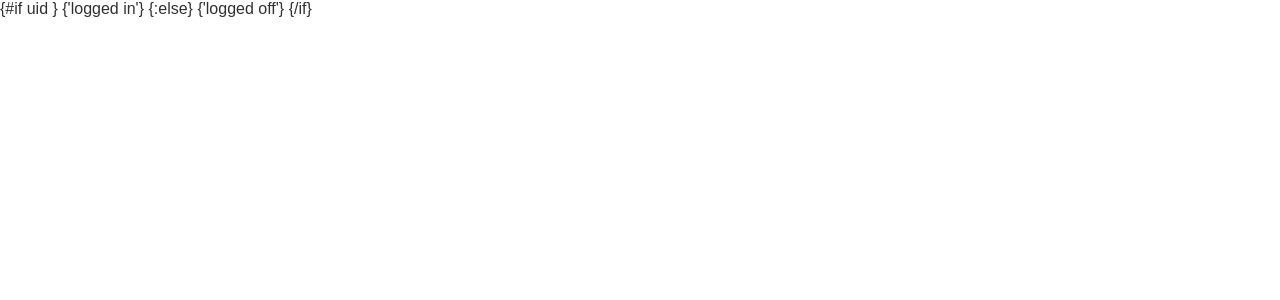
Repository: nicobrinkkemper/firebase-svelte-tododemo
Page: src/App.html
These files come from the project's save history. The page is drawn as it stood at one moment and after the next save; the edit follows.
The browser window is 1280 px wide. The pictures show the whole page.

Above is the page before, as saved 2018-11-23 16:24:54.
Console error: SyntaxError: Cannot use import statement outside a module

### src/App.html
<div id="todoapp">
	<TodoForm /> {#if uid } {'logged in'} {:else} {'logged off'} {/if}
	<Nav />
</div>

<script>
  import Nav from "./components/Nav.html";
  import TodoForm from "./components/TodoForm.html";
  export default {
    components: {
      Nav,
      TodoForm
    }
  };
</script>

<style>
  #todoapp {
    position: fixed;
    left: 0;
    top: 0;
    right: 0;
    bottom: 0;
    color: #313131;
    font-family: Arial, sans-serif;
  }
</style>

After the next save:
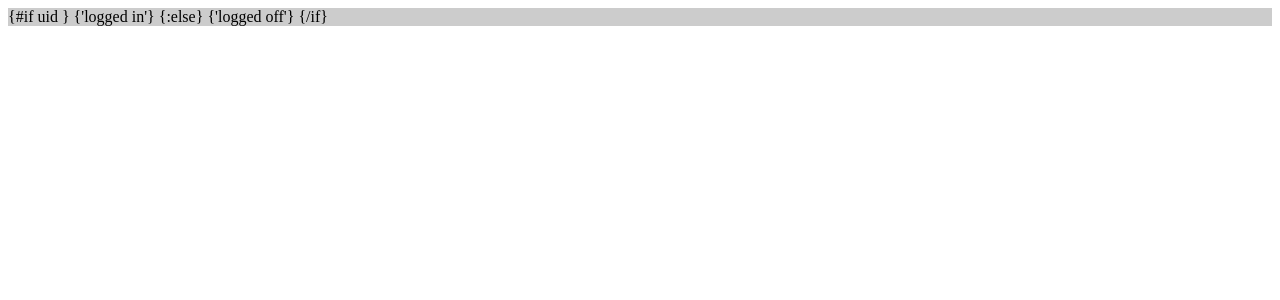
Saved 66 s later.
--- a/src/App.html
+++ b/src/App.html
@@ -16,12 +16,6 @@
 
 <style>
   #todoapp {
-    position: fixed;
-    left: 0;
-    top: 0;
-    right: 0;
-    bottom: 0;
-    color: #313131;
-    font-family: Arial, sans-serif;
+    background:#CCC;
   }
 </style>
